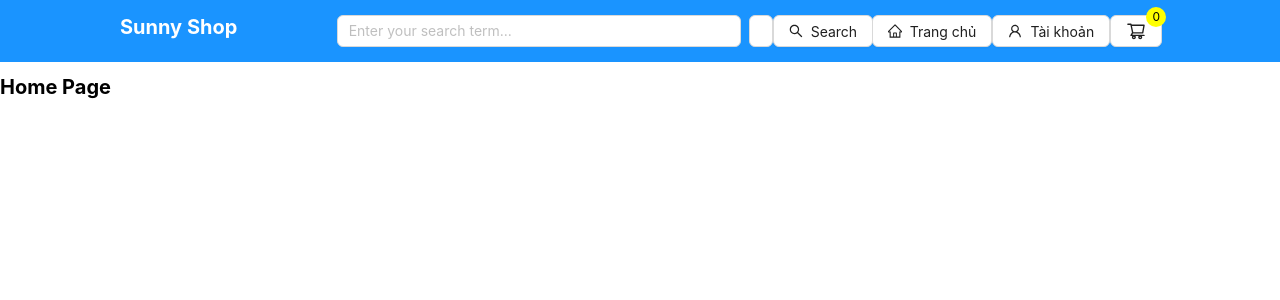
Repository: manhhieu120499/E-Commerce
Page: /
An editor plug-in stored every save of this project. The page is shown before and after the next save, followed by the edit.
The browser window is 1280 px wide. The pictures show the whole page.
The project was rebuilt for these pictures with package versions that can differ from the ones it lists, and the page was loaded fresh each time. Also part of the build but not shown: src/pages/product/Product.js, src/pages/order/Order.js, src/pages/notFound/NotFound.js, src/layouts/NormalLayout/NormalLayout.js.

Above is the page before, as saved 2025-01-01 12:21:25.

### src/index.js
import React from "react";
import ReactDOM from "react-dom/client";
import App from "./App";
import reportWebVitals from "./reportWebVitals";
import GlobalStyle from "./GlobalStyles";
import { Provider } from "react-redux";
import store from "./redux/store";

const root = ReactDOM.createRoot(document.getElementById("root"));
root.render(
  <React.StrictMode>
    <Provider store={store}>
      <GlobalStyle>
        <App />
      </GlobalStyle>
    </Provider>
  </React.StrictMode>
);

// If you want to start measuring performance in your app, pass a function
// to log results (for example: reportWebVitals(console.log))
// or send to an analytics endpoint. Learn more: https://bit.ly/CRA-vitals
reportWebVitals();

### src/App.js
import React from "react";
import { BrowserRouter as Router, Route, Routes } from "react-router-dom";
import { publicRoute } from "./route";
function App() {
  return (
    <div className="App">
      <Router>
        <Routes>
          {publicRoute.map((route) => {
            const Page = route.component;
            const Layout = route.layout;
            return (
              <Route
                key={route.path}
                path={route.path}
                element={
                  <Layout>
                    <Page />
                  </Layout>
                }
              />
            );
          })}
        </Routes>
      </Router>
    </div>
  );
}

export default App;

### src/redux/store.js
import { configureStore } from "@reduxjs/toolkit";
import productSlice from "./slices/productSlice";

const store = configureStore({
    reducer: {
        product: productSlice
    }
})

export default store;

### src/route/index.js
import { Home, Product, Order, NotFound } from "../pages";
import { DefaultLayout, NormalLayout } from "../layouts";

const publicRoute = [
  {
    path: "/",
    component: Home,
    layout: DefaultLayout,
  },
  {
    path: "/product",
    component: Product,
    layout: DefaultLayout,
  },
  {
    path: "/order",
    component: Order,
    layout: DefaultLayout,
  },
  {
    path: "*",
    component: NotFound,
    layout: NormalLayout,
  },
];

const privateRoute = [];

export { publicRoute, privateRoute };

### src/GlobalStyles/GlobalStyles.js
import "./css/GlobalStyles.css";
export default function GlobalStyle({ children }) {
    return (
        <div className="wrapper">
            { children }
        </div>
    )
}

### src/redux/slices/productSlice.js
import { createSlice } from "@reduxjs/toolkit";

// const initialState = {
//     products: [],
// }

// export const productSlice = createSlice({
//     name: 'productSlice',
//     initialState,
//     reducers:{
//         setProduct: (state, action) => {
//             return {...state}
//         }
//     }
// })

const initialState = {
    value: 0
}

const productSlice = createSlice({
    name: 'productSlice',
    initialState,
    reducers: {
        increase: (state, action) => {
            return {...state, value: state.value + 1}
        },
        decrease: (state, action) => {
            return {...state, value: state.value - 1}
        }
    }
})

export const { increase, decrease } = productSlice.actions;

export default productSlice.reducer;

### src/pages/index.js
import Home from "./home";
import Product from "./product";
import Order from "./order";
import NotFound from "./notFound";

export { Home, Product, Order, NotFound };

### src/layouts/index.js
import DefaultLayout from "./DefaultLayout";
import NormalLayout from "./NormalLayout";

export { DefaultLayout, NormalLayout };

### src/GlobalStyles/css/GlobalStyles.css
/* @import "antd/dist/antd.css"; */
body {
  margin: 0;
  font-family: -apple-system, BlinkMacSystemFont, 'Segoe UI', 'Roboto', 'Oxygen',
    'Ubuntu', 'Cantarell', 'Fira Sans', 'Droid Sans', 'Helvetica Neue',
    sans-serif;
  -webkit-font-smoothing: antialiased;
  -moz-osx-font-smoothing: grayscale;
  box-sizing: border-box;
  padding: 0;
}

html {
  font-size: 62.5%;
}

.wrapper {
  max-width: 100vw;
  margin: 0 auto;
}

### src/pages/product/index.js
export { default } from './Product'

### src/layouts/NormalLayout/index.js
export { default } from "./NormalLayout";

### src/pages/home/Home.js
export default function Home({children}) {
    return (
        <h1>Home Page</h1>
    )
}

### src/layouts/DefaultLayout/DefaultLayout.js
import { Header } from "../../components";

export default function DefaultLayout({ children }) {
  return (
    <div className="wrapper">
      <Header />
      {children}
    </div>
  );
}

### src/components/index.js
import Header from "./Header";
import ButtonInputSearch from "./ButtonInputSearch";
export { Header, ButtonInputSearch };

### src/components/ButtonInputSearch/index.js
export { default } from "./ButtonInputSearch";

### src/components/Header/Header.js
import { Button, Col, Input, Row } from "antd";
import {
  ShoppingCartText,
  WrapperRow,
  WrapperShoppingCart,
  WrapperShoppingCartText,
  WrapperSpan,
} from "./HeaderStyle";
import Search from "antd/es/transfer/search";
import {
  HomeOutlined,
  ShoppingCartOutlined,
  UserOutlined,
} from "@ant-design/icons";
import ButtonInputSearch from "../ButtonInputSearch";

export default function Header({ children }) {
  return (
    <div>
      <WrapperRow>
        <Col span={5}>
          <WrapperSpan>Sunny Shop</WrapperSpan>
        </Col>
        <Col span={12} style={{ display: "flex", alignItems: "center" }}>
          <Input placeholder="Enter your search term..." />
          <ButtonInputSearch />
        </Col>
        <Col
          span={7}
          style={{
            display: "flex",
            alignItems: "center",
            justifyContent: "space-around",
            padding: "0 15px",
          }}
        >
          <Button>
            <HomeOutlined />
            <span>Trang chủ</span>
          </Button>
          <Button>
            <UserOutlined />
            <span>Tài khoản</span>
          </Button>
          <Button>
            <WrapperShoppingCart>
              <ShoppingCartOutlined style={{ fontSize: 20 }} />
              <WrapperShoppingCartText>
                <ShoppingCartText>0</ShoppingCartText>
              </WrapperShoppingCartText>
            </WrapperShoppingCart>
          </Button>
        </Col>
      </WrapperRow>
    </div>
  );
}

### src/components/ButtonInputSearch/ButtonInputSearch.js
import { SearchOutlined } from "@ant-design/icons";
import {
  WrapperButtonInputSearch,
  ButtonTextSpan,
} from "./ButtonInputSearchStyle";
import { Button, Input } from "antd";
function ButtonInputSearch() {
  return (
    <WrapperButtonInputSearch>
      <Input placeholder="Enter your search term..." />
      <Button icon={<SearchOutlined />}>Search</Button>
    </WrapperButtonInputSearch>
  );
}

export default ButtonInputSearch;

### src/components/Header/HeaderStyle.js
import { Row } from "antd";
import styled from "styled-components";

export const WrapperRow = styled(Row)`
  padding: 15px 120px;
  background-color: rgb(26, 148, 255);
`;

export const WrapperSpan = styled.span`
  font-size: 20px;
  font-weight: 700;
  color: white;
`;

export const WrapperShoppingCart = styled.div`
  position: relative;
  width: 100%;
`;

export const WrapperShoppingCartText = styled.div`
  position: absolute;
  top: -14px;
  right: -20px;
  width: 20px;
  height: 20px;
  border-radius: 50%;
  background-color: yellow;
`;

export const ShoppingCartText = styled.span`
  font-size: 12px;
  color: black;
  line-height: 20px;
`;

### src/components/ButtonInputSearch/ButtonInputSearchStyle.js
import styled from "styled-components";

export const WrapperButtonInputSearch = styled.div`
  width: 100px;
  height: 100%;
  padding: 0 8px;
  display: flex;
  align-items: center;
  justify-content: space-around;
  border-radius: 5px;
`;

export const ButtonTextSpan = styled.span`
  font-size: 16px;
  color: "white";
  font-weight: bold;
`;

Loaded but not shown: public/index.html (common file); src/reportWebVitals.js (common file); src/GlobalStyles/index.js (common file); src/pages/home/index.js (common file); src/pages/order/index.js (common file); src/pages/notFound/index.js (common file); src/layouts/DefaultLayout/index.js (common file); src/components/Header/index.js (common file)

After the next save:
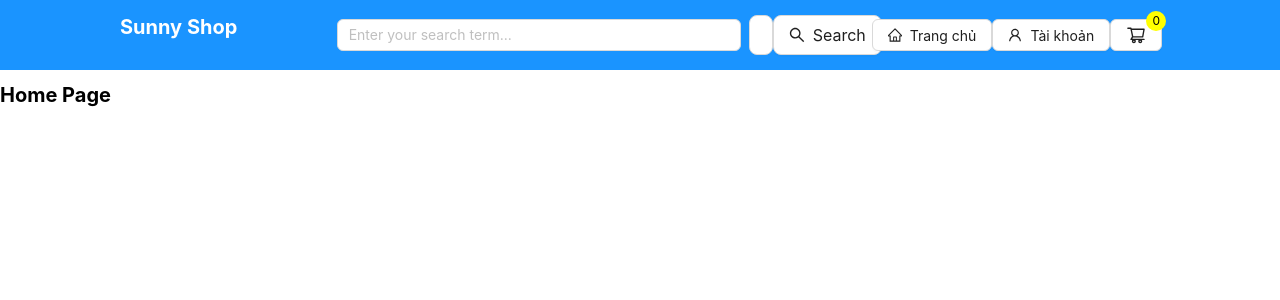
Saved 10 s later.
--- a/src/components/ButtonInputSearch/ButtonInputSearch.js
+++ b/src/components/ButtonInputSearch/ButtonInputSearch.js
@@ -7,8 +7,10 @@ import { Button, Input } from "antd";
 function ButtonInputSearch() {
   return (
     <WrapperButtonInputSearch>
-      <Input placeholder="Enter your search term..." />
-      <Button icon={<SearchOutlined />}>Search</Button>
+      <Input size="large" placeholder="Enter your search term..." />
+      <Button size="large" icon={<SearchOutlined />}>
+        Search
+      </Button>
     </WrapperButtonInputSearch>
   );
 }
